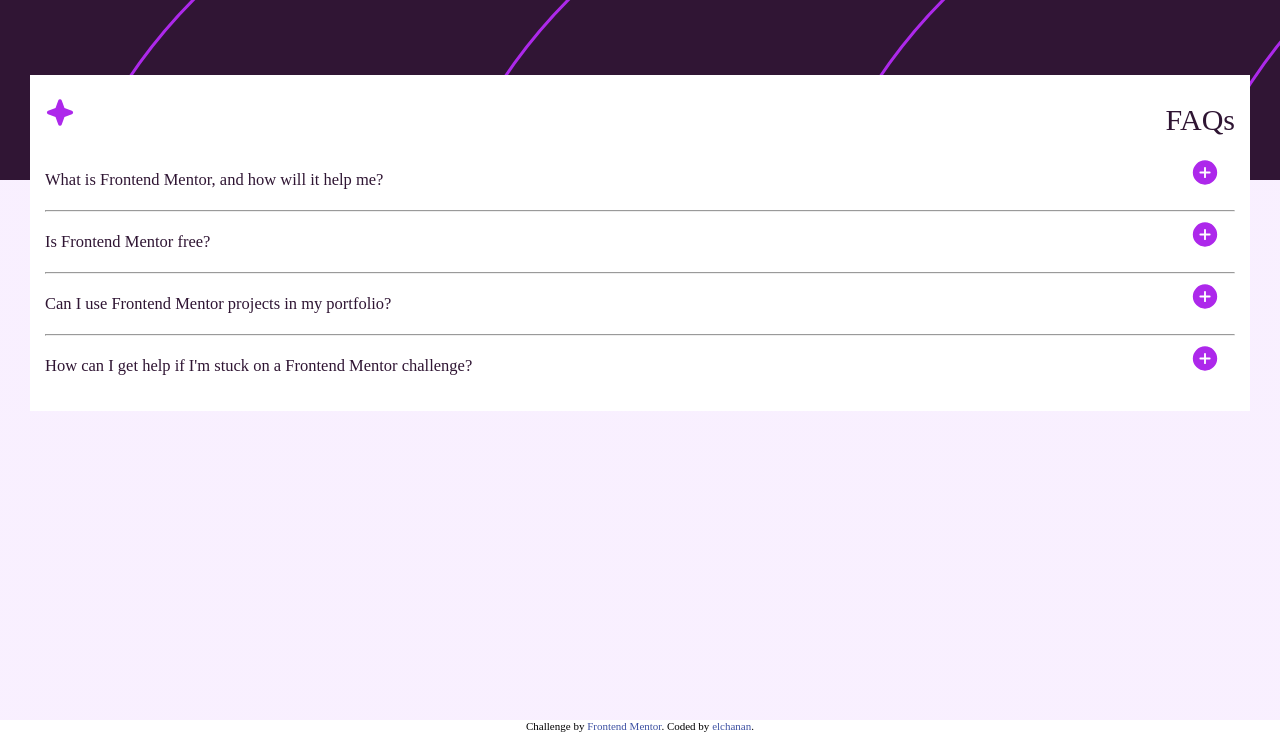
Repository: elchananChen/frontend-mentor-projects
Page: 2024/10/faQs/index.html
The author's editor kept a copy of each file at every save. The page is drawn from the files as they stood at one save, then again after the next save.
The browser window is 1280 px wide. The pictures show the whole page.

Above is the page before, as saved 2024-10-13 22:48:44.

After the next save:
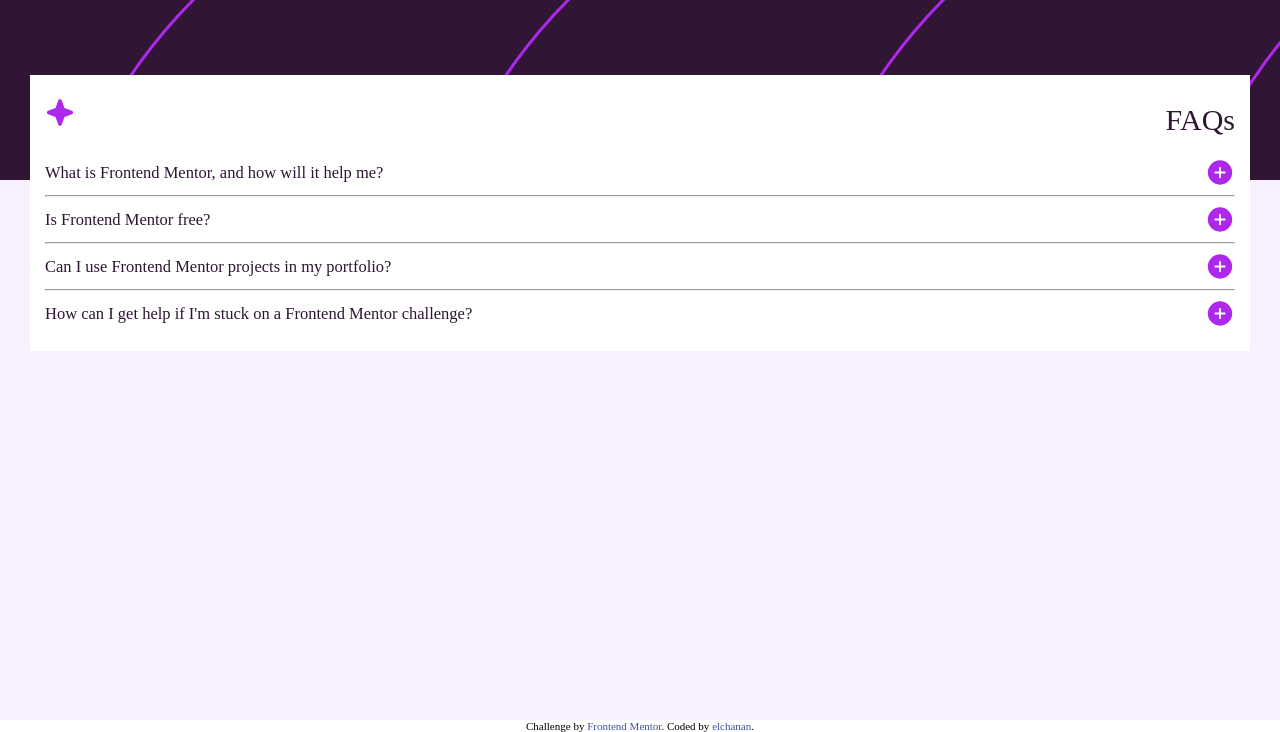
Saved 32 s later.
--- a/2024/10/faQs/style.css
+++ b/2024/10/faQs/style.css
@@ -37,8 +37,8 @@
   height: 3rem;
 }
 .plus-wrapper {
-  width: 3rem;
-  height: 3rem;
+  width: 2rem;
+  height: 2rem;
 }
 img {
   width: 2rem;

After the save that followed:
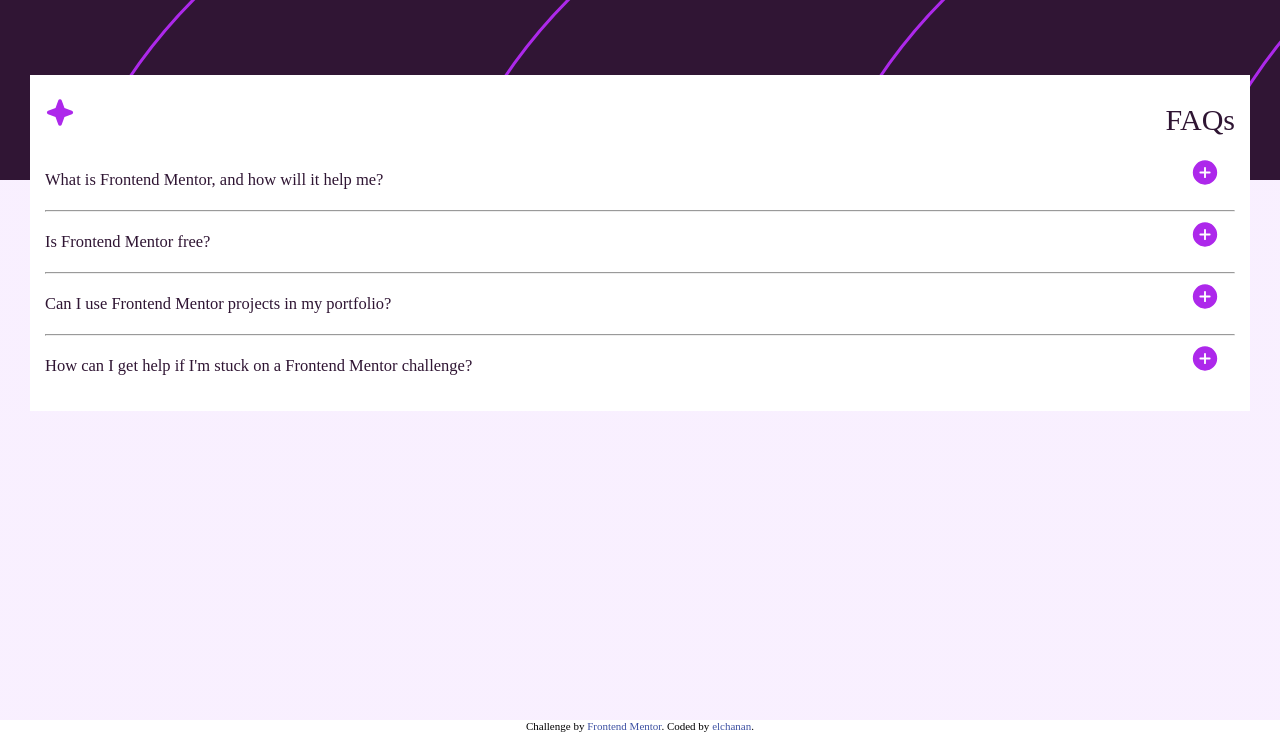
Saved 16 s later.
--- a/2024/10/faQs/style.css
+++ b/2024/10/faQs/style.css
@@ -37,8 +37,8 @@
   height: 3rem;
 }
 .plus-wrapper {
-  width: 2rem;
-  height: 2rem;
+  width: 3rem;
+  height: 3rem;
 }
 img {
   width: 2rem;
